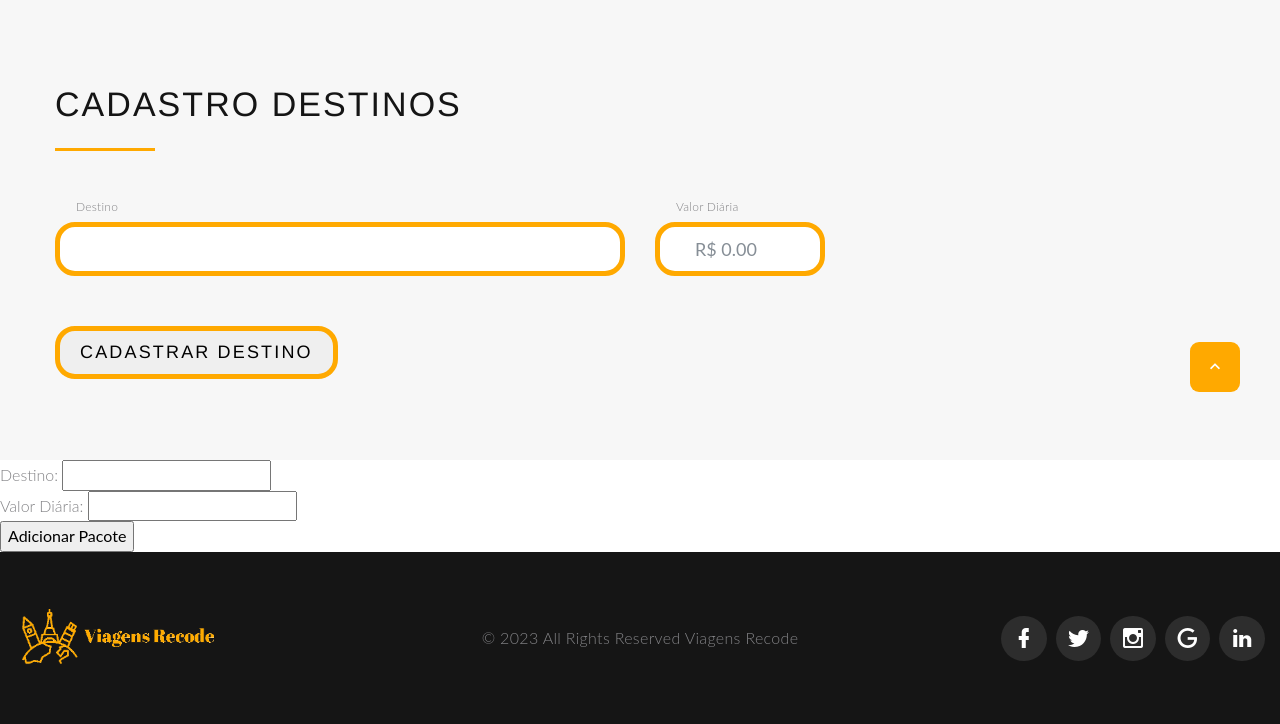
Repository: LiraS23/RecodePro2023-Modulo-4
Page: java/Modulo4/src/main/webapp/destinos.html
These files come from the project's save history. The page is drawn as it stood at one moment and after the next save; the edit follows.
The browser window is 1280 px wide. The pictures show the part of the page from y = 388 to 1112 px (the page is 1112 px tall).
Some web fonts or font styles are not loaded; a fallback is used.

Above is the page before, as saved 2023-10-28 16:21:11.

### java/Modulo4/src/main/webapp/destinos.html
<!DOCTYPE html>
<html lang="pt-br">

<head>
	<meta charset="UTF-8">
	<meta name="viewport" content="width=device-width, initial-scale=1.0">
	<title>Destinos</title>
	<link rel="icon" href="assets/images/favicon.ico" type="image/x-icon">
	<!-- Stylesheets -->
	<link rel="stylesheet" type="text/css"
		href="assets/fonts.googleapis.com/css?family=Oswald:200,400%7CLato:300,400,300italic,700%7CMontserrat:900">
	<link rel="stylesheet" href="assets/css/bootstrap.css">
	<link rel="stylesheet" href="assets/css/style.css">
	<link rel="stylesheet" href="assets/css/fonts.css">
</head>

<body>
	<div class="page">
		<header class="section page-header breadcrumbs-custom-wrap bg-gradient bg-secondary-2 novi-background bg-cover">
			<!-- RD Navbar-->
			<div class="rd-navbar-wrap rd-navbar-default">
				<nav class="rd-navbar rd-navbar-expand-lg rd-navbar-light custom-navbar" style="z-index: 1000;"
					data-layout="rd-navbar-fixed" data-sm-layout="rd-navbar-fixed" data-md-layout="rd-navbar-fixed"
					data-md-device-layout="rd-navbar-fixed" data-lg-layout="rd-navbar-fullwidth"
					data-xl-layout="rd-navbar-static" data-lg-device-layout="rd-navbar-fixed"
					data-xl-device-layout="rd-navbar-static" data-md-stick-up-offset="2px" data-lg-stick-up-offset="2px"
					data-stick-up="true" data-sm-stick-up="true" data-md-stick-up="true" data-lg-stick-up="true"
					data-xl-stick-up="true">
					<div class="rd-navbar-inner">
						<!-- RD Navbar Panel-->
						<div class="rd-navbar-panel">
							<!-- RD Navbar Toggle-->
							<button class="rd-navbar-toggle"
								data-rd-navbar-toggle=".rd-navbar-nav-wrap"><span></span></button>
							<!-- RD Navbar Brand-->
							<div class="rd-navbar-brand"><a class="brand-name" href="index.html"><img
										class="logo-default" src="assets/images/logo-default-208x46.png" alt=""
										width="208" height="46" /><img class="logo-inverse"
										src="assets/images/logo-inverse-208x46.png" alt="" width="208"
										height="46" /></a></div>
						</div>
						<div class="rd-navbar-aside-right">
							<div class="rd-navbar-nav-wrap">
								<!-- RD Navbar Nav-->
								<ul class="rd-navbar-nav">
									<li><a href="index.html">Home</a>
									</li>
									<li class="active"><a href="destinos.html">Destinos</a>
									</li>
									<li><a href="promocoes.html">Promoções</a>
									</li>
									<li><a href="contato.html">Contato</a>
									</li>
									<li><a href="cliente.html">Cliente</a>
									</li>
								</ul>
							</div>
						</div>
						<div class="rd-navbar-aside-right"><a class="button button-sm button-secondary button-nina"
								href="pedidos.html">Reserve um passeio agora</a></div>
					</div>
				</nav>
			</div>
			<!-- Breadcrumbs-->
			<section class="breadcrumbs-custom"
				style="background: url(&quot;https://png.pngtree.com/thumb_back/fw800/back_pic/03/93/99/8257e7bbd63b3ff.jpg&quot;); background-size: cover;">
				<div class="container">
					<p class="breadcrumbs-custom-subtitle">Encontre seu proximo destino!</p>
					<p class="heading-1 breadcrumbs-custom-title">Destinos</p>
				</div>
			</section>
		</header>

		<!-- Cadastro destinos-->
		<section class="section section-wrap bg-gray-lighter novi-background bg-cover">
			<div class="section-wrap-inner">
				<div class="container container-bigger">
					<div class="row">
						<div class="col">
							<div class="section section-lg">
								<h3>Cadastro destinos</h3>
								<hr class="divider divider-left divider-secondary">
								<!-- RD Mailform-->
								<form class="rd-mailform" data-form-output="form-output-global"
									data-form-type="cadastro" method="post" action="/Modulo4/MeuPacoteServlet">
									<input type="hidden" name="action" value="adicionar">
									<div class="row row-fix row-20">
										<div class="col-md-6">
											<div class="form-wrap form-wrap-validation">
												<label class="form-label-outside" for="destino">Destino</label>
												<input class="form-control"
													style="border: 5px solid #FFA900; border-radius: 20px;" id="destino"
													type="text" name="destino" data-constraints="@Required" />
											</div>
										</div>
										<div class="col-md-2">
											<div class "form-wrap form-wrap-validation">
												<label class="form-label-outside" for="valorDiaria">Valor Diária</label>
												<input class="form-control"
													style="border: 5px solid #FFA900; border-radius: 20px;"
													id="valorDiaria" type="text" name="valorDiaria"
													data-constraints="@Required" placeholder="R$ 0.00" />
											</div>
										</div>
										<div class="col-sm-12 offset-custom-1">
											<div class="form-button">
												<button class="btn btn-secondary"
													style="border: 5px solid #FFA900; border-radius: 20px;"
													type="submit" value="Adicionar Pacote">Cadastrar Destino</button>
											</div>
										</div>
									</div>
								</form>
							</div>
						</div>
					</div>
				</div>
			</div>
		</section>

		<form action="/Modulo4/MeuPacoteServlet" method="post">
			<input type="hidden" name="action" value="adicionar">
			<label for="destino">Destino:</label>
			<input type="text" name="destino" required><br>
			<label for="valorDiaria">Valor Diária:</label>
			<input type="text" name="valorDiaria" required><br>
			<input type="submit" value="Adicionar Pacote">
		</form>

		<!-- Footer Minimal-->
		<footer class="section page-footer page-footer-minimal novi-background bg-cover text-center bg-gray-darker">
			<div class="container container-wide">
				<div class="row row-fix justify-content-sm-center align-items-md-center row-30">
					<div class="col-md-10 col-lg-7 col-xl-4 text-xl-left"><a href="index.html"><img class="inverse-logo"
								src="assets/images/logo-inverse-208x46.png" alt="" width="208" height="46" /></a></div>
					<div class="col-md-10 col-lg-7 col-xl-4">
						<p class="right">&#169;&nbsp;<span class="copyright-year"></span> All Rights Reserved Viagens
							Recode
						</p>
					</div>
					<div class="col-md-10 col-lg-7 col-xl-4 text-xl-right">
						<ul class="group-xs group-middle">
							<li><a class="icon novi-icon icon-md-middle icon-circle icon-secondary-5-filled mdi mdi-facebook"
									href="#"></a></li>
							<li><a class="icon novi-icon icon-md-middle icon-circle icon-secondary-5-filled mdi mdi-twitter"
									href="#"></a></li>
							<li><a class="icon novi-icon icon-md-middle icon-circle icon-secondary-5-filled mdi mdi-instagram"
									href="#"></a></li>
							<li><a class="icon novi-icon icon-md-middle icon-circle icon-secondary-5-filled mdi mdi-google"
									href="#"></a></li>
							<li><a class="icon novi-icon icon-md-middle icon-circle icon-secondary-5-filled mdi mdi-linkedin"
									href="#"></a></li>
						</ul>
					</div>
				</div>
			</div>
		</footer>
	</div>

	<!-- Global Mailform Output-->
	<div class="snackbars" id="form-output-global"> </div>
	<!-- Javascript-->
	<script src="assets/js/core.min.js"></script>
	<script src="assets/js/script.js"></script>

</body>

</html>

Loaded but not shown: java/Modulo4/src/main/webapp/assets/css/bootstrap.css (library); java/Modulo4/src/main/webapp/assets/css/style.css (library); java/Modulo4/src/main/webapp/assets/css/fonts.css (library); java/Modulo4/src/main/webapp/assets/js/core.min.js (library); java/Modulo4/src/main/webapp/assets/js/script.js (1496 lines, source omitted)

After the next save:
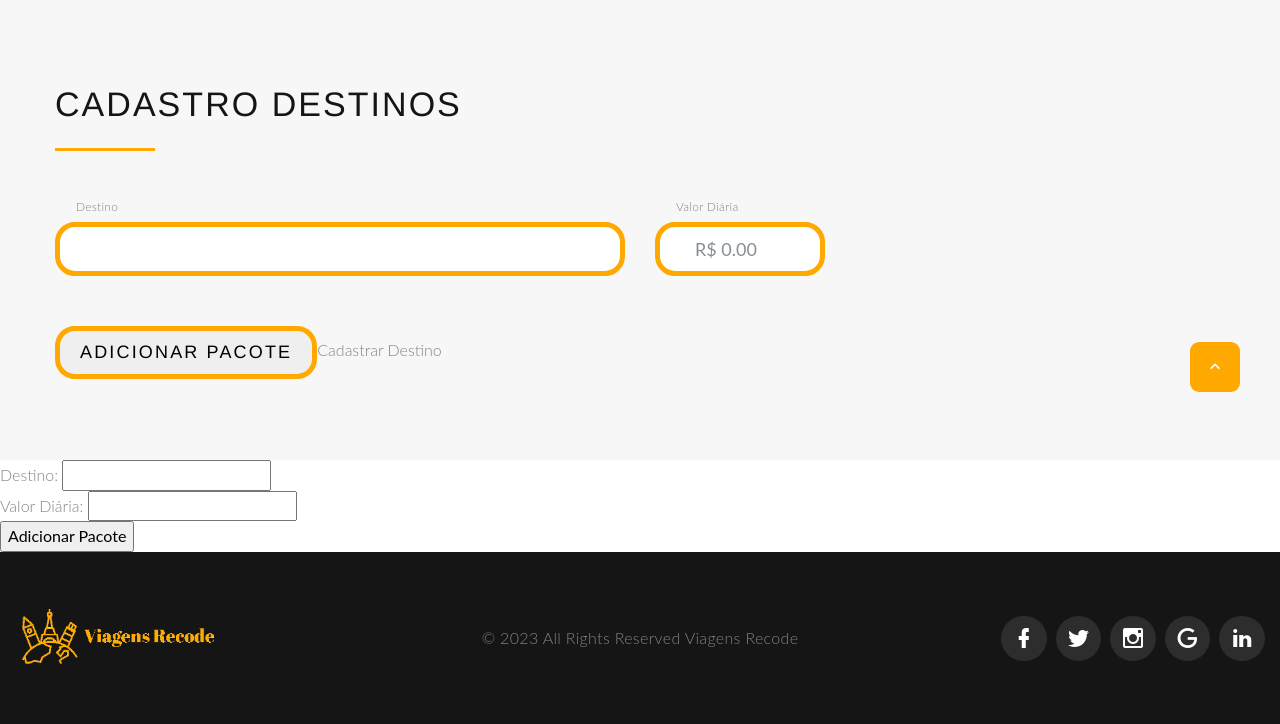
Saved 46 s later.
--- a/java/Modulo4/src/main/webapp/destinos.html
+++ b/java/Modulo4/src/main/webapp/destinos.html
@@ -104,9 +104,9 @@
 										</div>
 										<div class="col-sm-12 offset-custom-1">
 											<div class="form-button">
-												<button class="btn btn-secondary"
+												<input class="btn btn-secondary"
 													style="border: 5px solid #FFA900; border-radius: 20px;"
-													type="submit" value="Adicionar Pacote">Cadastrar Destino</button>
+													type="submit" value="Adicionar Pacote">Cadastrar Destino</input>
 											</div>
 										</div>
 									</div>
